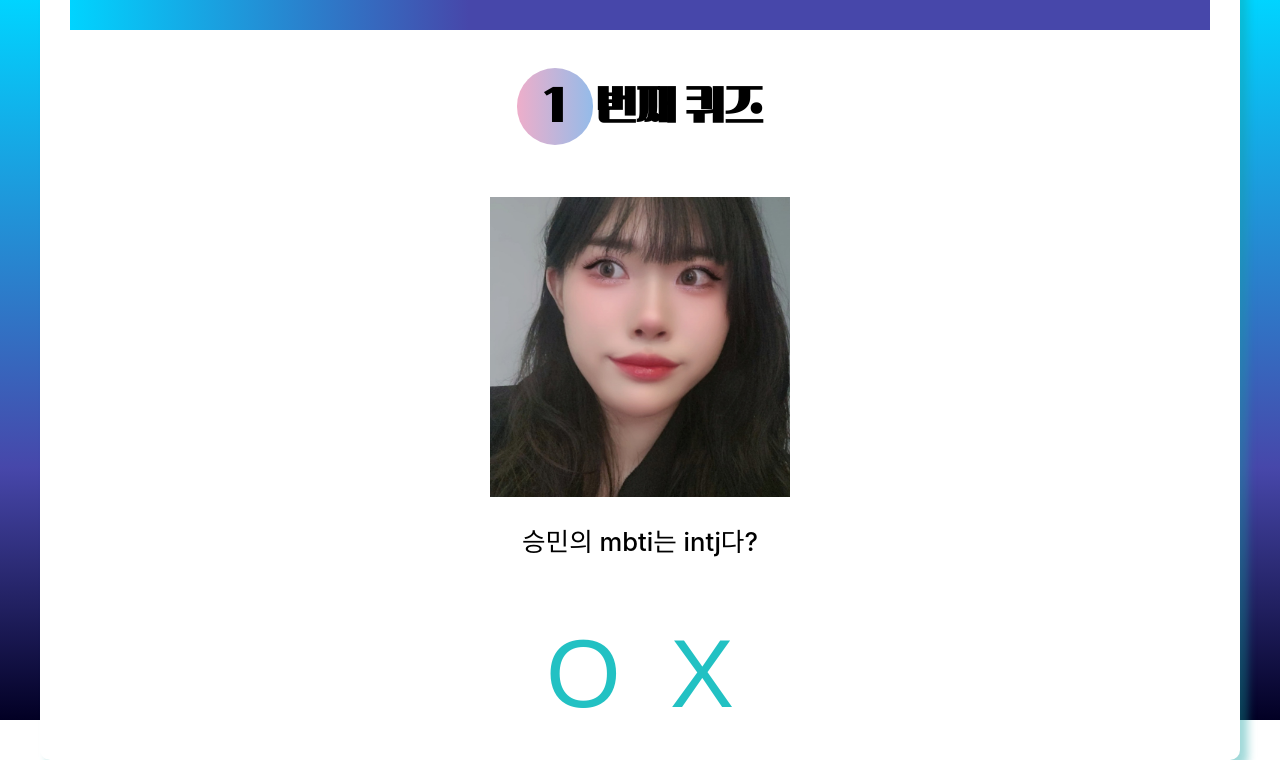
Repository: dnjfht/quiz3
Page: /quiz
These files come from the project's save history. The page is drawn as it stood at one moment and after the next save; the edit follows.
The browser window is 1280 px wide. The pictures show the whole page.
The project was rebuilt for these pictures with package versions that can differ from the ones it lists, and the page was loaded fresh each time. Also part of the build but not shown: src/components/Start.js, src/components/Score.js, src/components/Message.js, src/components/Ranking.js, src/components/NotPage.js.

Above is the page before, as saved 2023-04-15 23:18:33.

### src/index.js
import React from "react";
import ReactDOM from "react-dom/client";
import "./index.css";
import App from "./App";
import reportWebVitals from "./reportWebVitals";
import { BrowserRouter } from "react-router-dom";
import { Provider } from "react-redux";
import store from "./redux/config/configStore";

const root = ReactDOM.createRoot(document.getElementById("root"));
root.render(
  <Provider store={store}>
    <BrowserRouter>
      <App />
    </BrowserRouter>
  </Provider>
);

// If you want to start measuring performance in your app, pass a function
// to log results (for example: reportWebVitals(console.log))
// or send to an analytics endpoint. Learn more: https://bit.ly/CRA-vitals
reportWebVitals();

### src/index.css
body {
  margin: 0;
  font-family: -apple-system, BlinkMacSystemFont, "Segoe UI", "Roboto", "Oxygen",
    "Ubuntu", "Cantarell", "Fira Sans", "Droid Sans", "Helvetica Neue",
    sans-serif;
  -webkit-font-smoothing: antialiased;
  -moz-osx-font-smoothing: grayscale;
}

code {
  font-family: source-code-pro, Menlo, Monaco, Consolas, "Courier New",
    monospace;
}

@font-face {
  font-family: "ddalgifont";
  src: url("./fonts/고령딸기체+TTF.ttf");
}

@font-face {
  font-family: "chabfont";
  src: url("./fonts/chab.ttf");
}

@font-face {
  font-family: "ddagfont";
  src: url("./fonts/ddag.ttf");
}

### src/App.js
import styled from "styled-components";
import Router from "./shared/Router";

const Wrap = styled.div`
  width: 100%;
  height: 100vh;
  background: rgb(2, 0, 36);
  background: linear-gradient(
    0deg,
    rgba(2, 0, 36, 1) 0%,
    rgba(71, 71, 170, 1) 35%,
    rgba(0, 212, 255, 1) 100%
  );

  position: relative;
`;

const ContentWrap = styled.div`
  width: 1200px;
  height: 800px;
  padding: 30px;
  box-sizing: border-box;
  background-color: white;
  border-radius: 10px;
  box-shadow: 8px 8px 8px rgba(21, 159, 161, 0.4);

  position: absolute;
  top: 50%;
  margin-top: -400px;
  left: 50%;
  margin-left: -600px;
`;

function App() {
  return (
    <Wrap>
      <ContentWrap>
        <Router />
      </ContentWrap>
    </Wrap>
  );
}

export default App;

### src/redux/config/configStore.js
import { combineReducers, createStore, applyMiddleware } from "redux";
import thunk from "redux-thunk";
import quiz from "../modules/quiz";
import rank from "../modules/rank";

const middlewares = [thunk];
// 미들웨어들도 하나로 묶어줘야 힘.

const rootReducer = combineReducers({
  quiz: quiz,
  rank: rank,
});

const enhancer = applyMiddleware(...middlewares);
// reducer 말고 옵셔널하게 추가하는 애들의 모음.
// 여기 미들웨어를 적용해 넣을 거임.

const store = createStore(rootReducer, enhancer);
export default store;

### src/shared/Router.js
import React from "react";
import { Routes, Route } from "react-router-dom";
import Start from "../components/Start";
import Quiz from "../components/Quiz";
import Score from "../components/Score";
import Message from "../components/Message";
import Ranking from "../components/Ranking";
import NotPage from "../components/NotPage";

export default function Router() {
  return (
    <>
      <Routes>
        <Route path="/" element={<Start />} />
        <Route path="/quiz" element={<Quiz />} />
        <Route path="/score" element={<Score />} />
        <Route path="/message" element={<Message />} />
        <Route path="/ranking" element={<Ranking />} />
        <Route path="*" element={<NotPage />} />
      </Routes>
    </>
  );
}

### src/redux/modules/quiz.js
// action value
const ADDUSERANSWER = "add_user_answer";
const RESETUSERANSWER = "reset_user_answer";

// action creator

export const AddUserAnswer = (payload) => {
  return {
    type: ADDUSERANSWER,
    payload: payload,
  };
};

export const ResetUserAnswer = (payload) => {
  return {
    type: RESETUSERANSWER,
    payload: payload,
  };
};

// initialState
const initialState = {
  name: "유승민",
  quiz_list: [
    {
      image: "assets/1.png",
      quiz: "승민의 mbti는 intj다?",
      answer: false,
    },
    {
      image: "assets/2.png",
      quiz: "승민은 공감을 잘해주는 사람을 좋아한다?",
      answer: true,
    },
    {
      image: "assets/3.png",
      quiz: "승민은 사람들이랑 대화하고 알아가는 것을 즐긴다?",
      answer: true,
    },
    {
      image: "assets/4.png",
      quiz: "승민은 자기개발하는걸 좋아한다?",
      answer: true,
    },
    {
      image: "assets/5.png",
      quiz: "승민의 관심있을 때 하는 행동은 선톡을 하는 것이다?",
      answer: true,
    },
    {
      image: "assets/6.png",
      quiz: "승민은 불같은 연애보다 서로 믿고 의지할 수 있는 연애를 선호한다?",
      answer: true,
    },
    {
      image: "assets/7.png",
      quiz: "승민은 계획을 세우고 차근차근 계획에 옮기는걸 선호한다?",
      answer: true,
    },
    {
      image: "assets/8.png",
      quiz: "승민은 놀이기구 타는 것을 좋아한다?",
      answer: false,
    },
    {
      image: "assets/9.png",
      quiz: "승민은 고1 때부터 흡연을 했다?",
      answer: false,
    },
    {
      image: "assets/10.png",
      quiz: "승민은 소개팅을 나간 적이 있다?",
      answer: false,
    },
    {
      image: "assets/11.png",
      quiz: "승민은 소개팅과 같은 인위적인 만남을 좋아한다?",
      answer: false,
    },
    {
      image: "assets/12.png",
      quiz: "승민은 연인과 갈등이 있을 때 대화로 푸는 것을 선호한다?",
      answer: true,
    },
    {
      image: "assets/13.png",
      quiz: "승민은 연애할 때 항상 상대방의 기분이 우선이다?",
      answer: true,
    },
    {
      image: "assets/14.png",
      quiz: "승민은 좋아하는 사람에게 선물주는 것을 좋아한다?",
      answer: true,
    },
    {
      image: "assets/15.png",
      quiz: "승민은 감수성이 풍부해서 슬픈 영화나 만화를 보고 잘 운다?",
      answer: true,
    },
    {
      image: "assets/16.png",
      quiz: "승민은 본래 무뚝뚝한 성격이다?",
      answer: true,
    },
    {
      image: "assets/17.png",
      quiz: "승민의 노래방 18번곡은 나비무덤이다?",
      answer: false,
    },
    {
      image: "assets/18.png",
      quiz: "승민은 핫플을 돌아다니면서 맛집 탐방을 하고 사진 찍는 데이트를 선호한다?",
      answer: true,
    },
    {
      image: "assets/19.png",
      quiz: "승민은 연애할 때 꽃이나 편지 받는걸 좋아한다?",
      answer: true,
    },
    {
      image: "assets/20.png",
      quiz: "승민은 번호를 따인 적이 있다?",
      answer: false,
    },
  ],
  user_answer: [],
  result_text: {
    40: "나랑 친하지 않은가보군?😑",
    60: "나랑 좀 더 친해져야겠다🙃",
    80: "내적 친밀감 80퍼센트!😎",
    100: "뭐야, 넌 내 소울메이트...!?💖",
  },
};

// reducer

const quiz = (state = initialState, action) => {
  switch (action.type) {
    case ADDUSERANSWER: {
      const newUserAnswer = [...state.user_answer, action.payload];
      return { ...state, user_answer: newUserAnswer };
    }
    case RESETUSERANSWER: {
      return { ...state, user_answer: [] };
    }
    default:
      return state;
  }
};

export default quiz;

### src/redux/modules/rank.js
import { db } from "../../firebase";
import {
  collection,
  getDocs,
  addDoc,
  doc,
  updateDoc,
  deleteDoc,
  getDoc,
} from "firebase/firestore";

// action value
const ADDUSERNAME = "add_user_name";
const GETRANK = "get_rank";
const ADDRANK = "add_rank";

// action creator
export const GetRank = (payload) => {
  return {
    type: GETRANK,
    payload: payload,
  };
};

export const AddUserName = (payload) => {
  return {
    type: ADDUSERNAME,
    payload: payload,
  };
};

export const AddRank = (payload) => {
  return {
    type: ADDRANK,
    payload: payload,
  };
};

export const loadQuizFB = () => {
  return async function (dispatch) {
    const quiz_data = await getDocs(collection(db, "quiz"));
    console.log(quiz_data);

    let quiz_list = [];

    quiz_data.forEach((doc) => {
      console.log(doc.data());
      quiz_list.push({ id: doc.id, ...doc.data() });
    });

    console.log(quiz_list);

    dispatch(GetRank(quiz_list));
  };
};

export const addQuizFB = (payload) => {
  return async function (dispatch) {
    const docRef = await addDoc(collection(db, "quiz"), payload);
    // const _quiz = await getDoc(docRef);
    // const quiz = { id: _quiz.id, ..._quiz.data() };
    // dispatch(AddRank(quiz));

    // 추가한 데이터 중 id를 가져와서 bucket_data 만들기.
    // const bucket_data = { id: docRef.id, ...payload };
    // // 마지막으로 액션 일으키기 (수정해달라고 요청)
    // dispatch(createWidget(bucket_data));
  };
};

// initialState
const initialState = {
  user_name: "",
  rank: [
    // { score: 100, name: "방가방가", comment: "다들 잘생겼다" },
    // { score: 40, name: "이하늘", comment: "너무 어려운데..." },
    // { score: 60, name: "오하요~!", comment: "잘 생긴 사람이 곧 이상형" },
  ],
};

// reducer
const rank = (state = initialState, action) => {
  switch (action.type) {
    case GETRANK: {
      console.log(action.payload);
      return { ...state, rank: action.payload };
    }
    case ADDUSERNAME: {
      return { ...state, user_name: action.payload };
    }
    case ADDRANK: {
      const new_rank_data = [...state.rank, action.payload];
      return { ...state, rank: new_rank_data };
    }
    default:
      return state;
  }
};
export default rank;

### src/components/Quiz.js
import React from "react";
import styled from "styled-components";
import Progress from "./Progress";
import { useSelector, useDispatch } from "react-redux";
import quiz, { AddUserAnswer } from "../redux/modules/quiz";
import { useEffect } from "react";
import { useNavigate } from "react-router-dom";

const Wrap = styled.div`
  width: 100%;
  height: 100%;

  display: flex;
  flex-direction: column;
  justify-content: space-between;
  align-items: center;
`;

const QuizWrap = styled.div`
  width: 100%;
  height: 680px;

  display: flex;
  flex-direction: column;
  align-items: center;
  justify-content: space-between;
`;

const QuizNumber = styled.h1`
  font-size: 2.6rem;
  font-family: "ddagfont";

  & > span {
    margin-right: 4px;
    padding: 10px 26px;
    background: rgb(238, 174, 202);
    background: linear-gradient(
      90deg,
      rgba(238, 174, 202, 1) 0%,
      rgba(148, 187, 233, 1) 100%
    );
    border-radius: 100px;
  }
`;

const QuizImg = styled.img`
  width: 300px;
  height: 300px;
`;

const Question = styled.h3`
  width: 100%;
  margin-top: -10px;

  font-size: 1.6rem;
  text-align: center;
  font-weight: 500;
`;

const AnswerSelector = styled.div`
  width: 200px;

  display: flex;
  flex-direction: row;
  justify-content: space-between;
`;

const AnswerSelectorButton = styled.button`
  background-color: transparent;
  border: none;

  font-size: 6rem;
  color: rgb(34, 193, 195);

  transition: all 0.8s;

  &:hover {
    color: rgb(253, 187, 45);

    cursor: pointer;
  }
`;

export default function Quiz() {
  const dispatch = useDispatch();
  const quiz_list = useSelector((state) => state.quiz.quiz_list);
  console.log(quiz_list);
  const user_answer = useSelector((state) => state.quiz.user_answer);
  console.log(user_answer);

  const navigate = useNavigate();

  useEffect(() => {
    if (quiz_list.length === user_answer.length) {
      navigate("/score");
      return;
    }
  }, [user_answer]);

  if (quiz_list.length === user_answer.length) {
    return null;
  }

  return (
    <Wrap>
      <Progress />
      <QuizWrap>
        <QuizNumber>
          <span>{user_answer.length + 1}</span>번째 퀴즈
        </QuizNumber>

        <QuizImg
          src={
            process.env.PUBLIC_URL + `${quiz_list[user_answer.length].image}`
          }
        />

        <Question>{quiz_list[user_answer.length].quiz}</Question>

        <AnswerSelector>
          <AnswerSelectorButton
            onClick={() => {
              dispatch(AddUserAnswer(true));
            }}
          >
            O
          </AnswerSelectorButton>
          <AnswerSelectorButton
            onClick={() => {
              dispatch(AddUserAnswer(false));
            }}
          >
            X
          </AnswerSelectorButton>
        </AnswerSelector>
      </QuizWrap>
    </Wrap>
  );
}

### src/firebase.js
// Import the functions you need from the SDKs you need
import { initializeApp } from "firebase/app";
import { getFirestore } from "firebase/firestore";
// TODO: Add SDKs for Firebase products that you want to use
// https://firebase.google.com/docs/web/setup#available-libraries

// Your web app's Firebase configuration
// For Firebase JS SDK v7.20.0 and later, measurementId is optional
const firebaseConfig = {
  apiKey: "AIzaSyAQCzx3TeRMhfQ14uI1xPuxKIeyOukr2zs",
  authDomain: "seungmin-s-quiz2.firebaseapp.com",
  projectId: "seungmin-s-quiz2",
  storageBucket: "seungmin-s-quiz2.appspot.com",
  messagingSenderId: "764474150624",
  appId: "1:764474150624:web:e3932df48db64f86c44a85",
  measurementId: "G-NK0EYYQQFF",
};

// Initialize Firebase
const app = initializeApp(firebaseConfig);
export const db = getFirestore(app);

### src/components/Progress.js
import React from "react";
import { useSelector } from "react-redux";
import styled from "styled-components";

const Wrap = styled.div`
  width: 100%;
  height: 40px;
  background: rgb(2, 0, 36);
  background: linear-gradient(
    90deg,
    rgba(0, 212, 255, 1) 0%,
    rgba(71, 71, 170, 1) 35%
  );
`;

const ProgressBar = styled.div`
  width: ${(props) => props.percent};
  height: 100%;
  background: rgb(238, 174, 202);
  background: linear-gradient(
    90deg,
    rgba(238, 174, 202, 1) 0%,
    rgba(148, 187, 233, 1) 100%
  );

  transition: all 0.5s;
`;

export default function Progress() {
  const user_answer = useSelector((state) => state.quiz.user_answer);
  const quiz_list = useSelector((state) => state.quiz.quiz_list);

  const percent = (100 / quiz_list.length) * user_answer.length + "%";
  console.log(percent);

  return (
    <Wrap>
      <ProgressBar percent={percent} />
    </Wrap>
  );
}

Loaded but not shown: public/index.html (common file); src/reportWebVitals.js (common file)

After the next save:
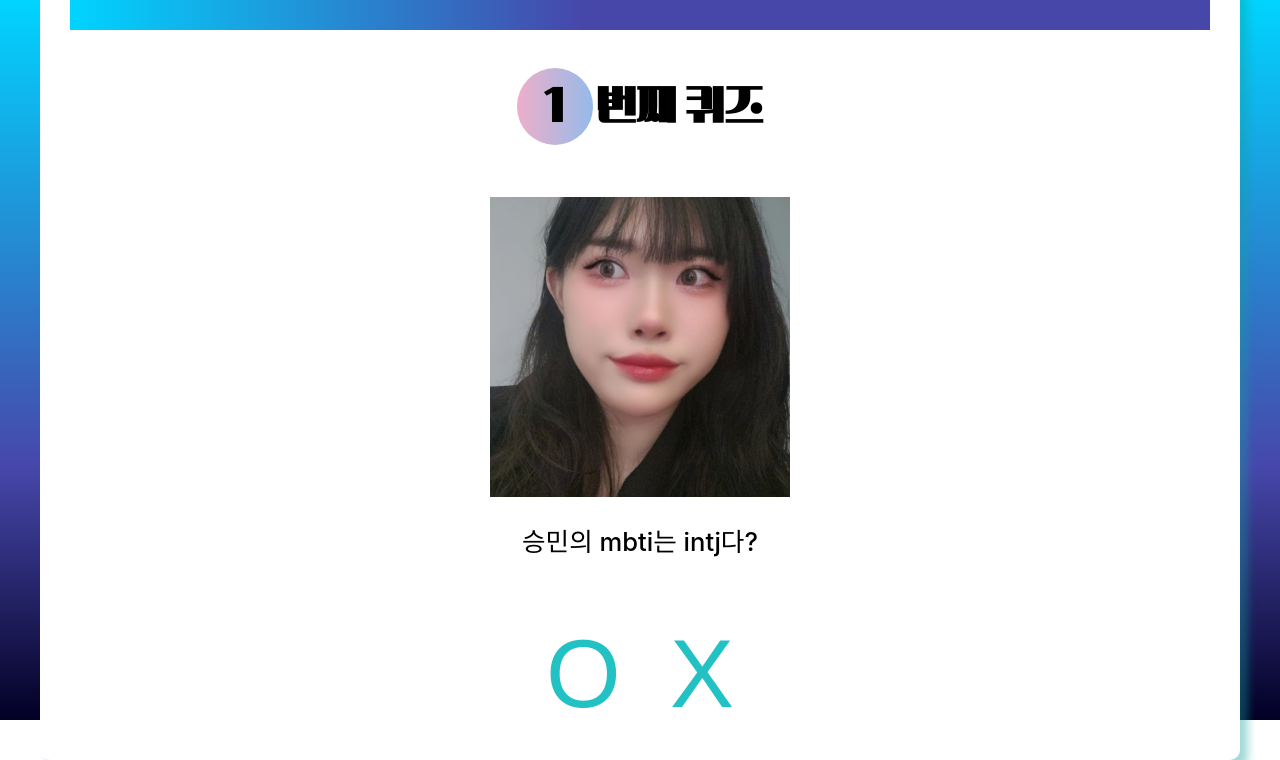
Saved 5 s later.
--- a/src/components/Progress.js
+++ b/src/components/Progress.js
@@ -9,7 +9,7 @@ const Wrap = styled.div`
   background: linear-gradient(
     90deg,
     rgba(0, 212, 255, 1) 0%,
-    rgba(71, 71, 170, 1) 35%
+    rgba(71, 71, 170, 1) 45%
   );
 `;
 
